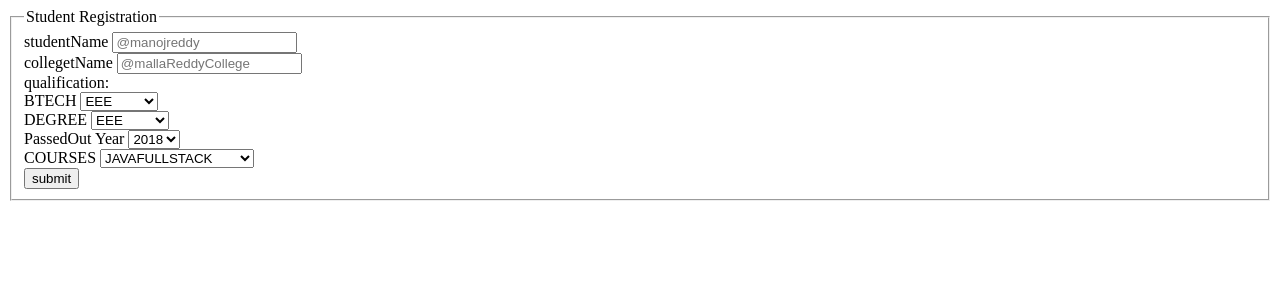
Repository: JanapatlaManojReddy/java
Page: http://localhost/institutionProject/StudentRegistration.jsp
These files come from the project's save history. The page is drawn as it stood at one moment and after the next save; the edit follows.
The browser window is 1280 px wide. The pictures show the whole page.
The page is served by Tomcat 9. Other server files are loaded and not shown.

Above is the page before, as saved 2023-08-19 12:40:20.

### institutionProject/src/main/webapp/StudentRegistration.jsp
<%@ page language="java" contentType="text/html; charset=ISO-8859-1"
    pageEncoding="ISO-8859-1"%>
<!DOCTYPE html>
<html>
<head>
<meta charset="ISO-8859-1">
<title>Insert title here</title>
</head>
<body>
<form>
<fieldSet action="studentServlet">
<legend>Student Registration</legend>
<div>
<lable for="sname">studentName</lable>
<input type="text" name="studentName" placeholder="@manojreddy" required>

</div>
<div>
<lable for="cname">collegetName</lable>
<input type="text" name="collegeName" placeholder="@mallaReddyCollege" required>
</div>
<div>
<lable >qualification:</lable>
</div>
<div>
<lable for="stream">BTECH</lable>
<select id ="stream" name="stream" >
<option value ="EEE">EEE</option>
<option value ="ECE">ECE</option>
<option value ="CSE">CSE</option>
<option value ="CIVIL">CIVIL</option>
<option value ="MECH">MECH</option>
<option value ="OTHERS">OTHERS</option>
</select>
</div>
<div>
<lable for="stream">DEGREE</lable>
<select id ="stream" name="stream" >
<option value ="EEE">EEE</option>
<option value ="ECE">ECE</option>
<option value ="CSE">CSE</option>
<option value ="CIVIL">CIVIL</option>
<option value ="MECH">MECH</option>
<option value ="OTHERS">OTHERS</option>
</select>
</div>
<div>
<lable for="pyear">PassedOut Year</lable>
<select id="pyear" name="pyear">
<option value="2018">2018</option>
<option value="2019">2019</option>
<option value="2020">2020</option>
<option value="2021">2021</option>
<option value="2022">2022</option>
<option value="2023">2023</option>


</select>
</div>
<div>
<lable for="courses">COURSES</lable>
<select id ="courses" name="courses">
<option value="JAVAFULLSTACK">JAVAFULLSTACK </option>
<option value="PYTHONFULLSTACK">PYTHONFULLSTACK </option>
<option value="JAVA">JAVA</option>
<option value="HTML/CSS">HTML/CSS </option>
<option value="ANGULAR/REACT">ANGULAR/REACT </option>
</select>
</div>
<div>
<input type="submit" value="submit">
</div>

</fieldSet>
</form>

</body>
</body>
</html>

After the next save:
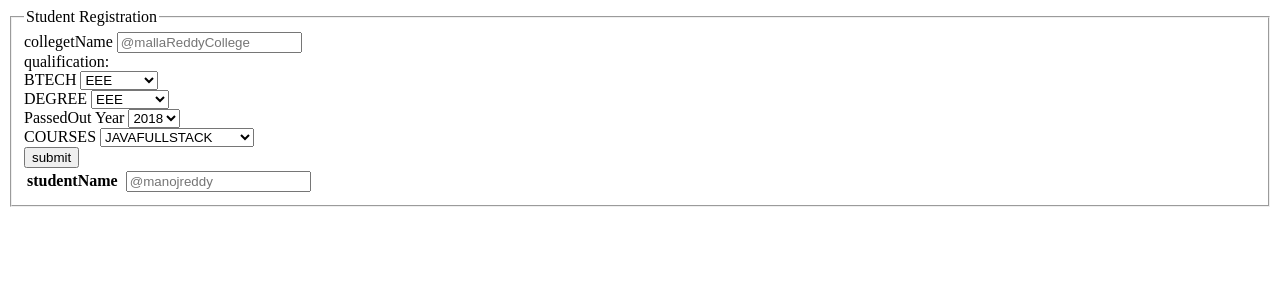
Saved 2 min 50 s later.
--- a/institutionProject/src/main/webapp/StudentRegistration.jsp
+++ b/institutionProject/src/main/webapp/StudentRegistration.jsp
@@ -11,9 +11,15 @@
 <fieldSet action="studentServlet">
 <legend>Student Registration</legend>
 <div>
-<lable for="sname">studentName</lable>
+<table>
+<div>
+<tr>
+<th>
+<lable for="sname">studentName</lable><th>
+<td>
 <input type="text" name="studentName" placeholder="@manojreddy" required>
-
+</td>
+</tr>
 </div>
 <div>
 <lable for="cname">collegetName</lable>
@@ -70,6 +76,8 @@
 <div>
 <input type="submit" value="submit">
 </div>
+</table>
+</div>
 
 </fieldSet>
 </form>
